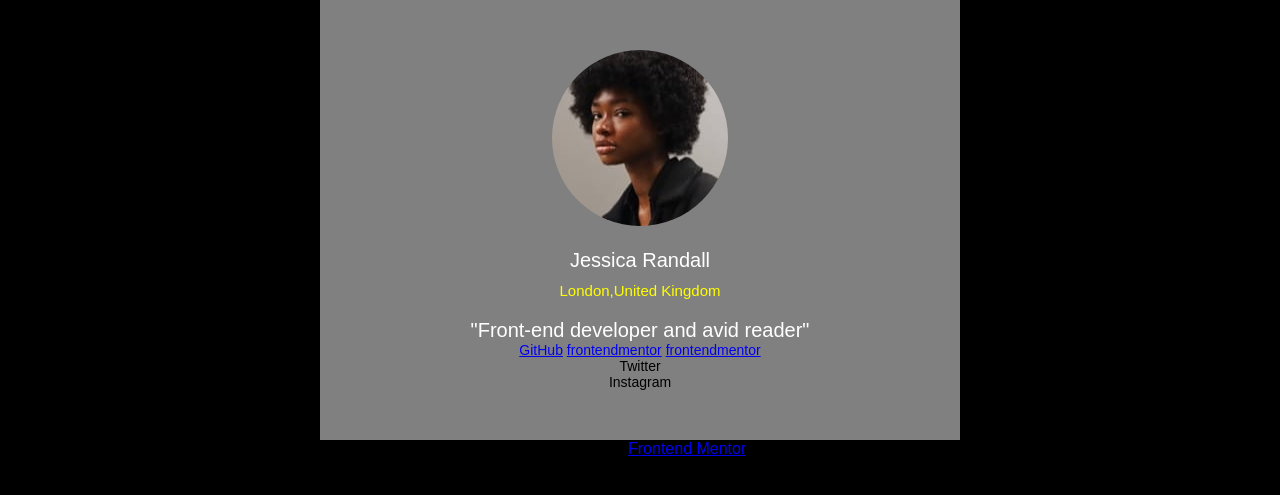
Repository: JosephAbatan05/Social-links-profile
Page: social-links-profile-main/index.html
The author's editor kept a copy of each file at every save. The page is drawn from the files as they stood at one save, then again after the next save.
The browser window is 1280 px wide. The pictures show the whole page.

Above is the page before, as saved 2025-01-25 11:15:58.

### social-links-profile-main/index.html
<!DOCTYPE html>
<html lang="en">
<head>
  <meta charset="UTF-8">
  <meta name="viewport" content="width=device-width, initial-scale=1.0"> <!-- displays site properly based on user's device -->

  <link rel="icon" type="image/png" sizes="32x32" href="./assets/images/favicon-32x32.png">

  <title>Frontend Mentor | Social links profile</title>
<link rel="stylesheet" href="styles.css">

  <!-- Feel free to remove these styles or customise in your own stylesheet 👍 --<style>
    .attribution { font-size: 11px; text-align: center; }
    .attribution a { color: hsl(228, 45%, 44%); }
  </style>
</head>
<body>

  Jessica Randall
  London, United Kingdom
  "Front-end developer and avid reader."

  GitHub
  Frontend Mentor
  LinkedIn
  Twitter
  Instagram


-->

<div class="container">
  <img src="assets\images\avatar-jessica.jpeg" >

<div id="name">Jessica Randall</div>
<div class="description">London,United Kingdom</div>
<div class="about">"Front-end developer and avid reader"</div>
<div id="fa-links-container">
    <a href="https://github.com" >GitHub</a>



    <a href="https://frontendmentor.com" >frontendmentor</a>




    <a href="https://Linke.com" >frontendmentor</a>








  <div class="Frontend Mentor">Twitter</div>

  <div class="Instagramr">Instagram</div>

</div>


</div>
<div class="attribution">
  Challenge by <a href="https://www.frontendmentor.io?ref=challenge" target="_blank">Frontend Mentor</a>.
</div>

</body>
</html>

### social-links-profile-main/styles.css
body{
    margin:0;
    padding:0;
    box-sizing: border-box;
    background-color: black;
    font-family: sans-serif;
}
.container{
    text-align: center;
    margin: 0 auto;
    font-size:14px;
    background-color: grey;
    max-width: 50%;
    padding: 50px 0;
}
img{
    border-radius:50%;


}
.container #name{
    color:white;
    margin-top: 20px;
    font-size:20px;
}

.container .description{
    color:yellow;
    margin-top: 10px;
    font-size: 15px;
}
.container .about{
    margin-top:20px;
    color:white;
    font-size: 20px;
}

.fa-links-container{
    margin-top:20px;
    padding:10px;
    text-align: center;

}

.fa-links-container  a{
    padding:10px;
    border-radius:5px;
    background-color:rgb(37, 36, 36);
    color:white;
    margin:0  auto;
    max-width: 45%;
    align-items:flex-end;
   margin-top: 5px;
   font-weight:bold
}
.attribution{
    text-align:center;
    text-decoration: none;
}

After the next save:
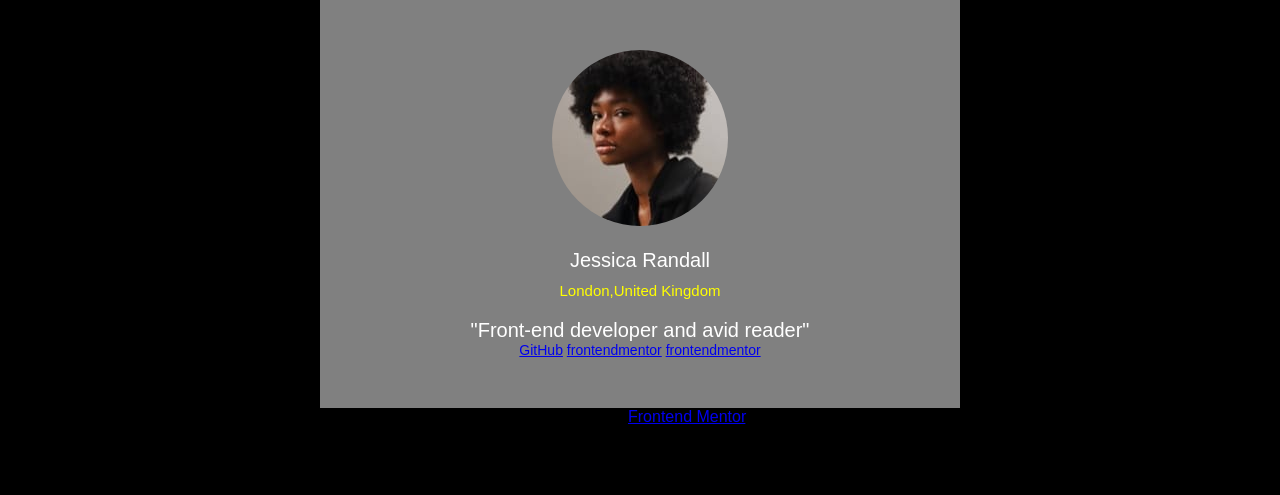
Saved 10 s later.
--- a/social-links-profile-main/index.html
+++ b/social-links-profile-main/index.html
@@ -54,9 +54,6 @@
 
 
 
-  <div class="Frontend Mentor">Twitter</div>
-
-  <div class="Instagramr">Instagram</div>
 
 </div>
 
